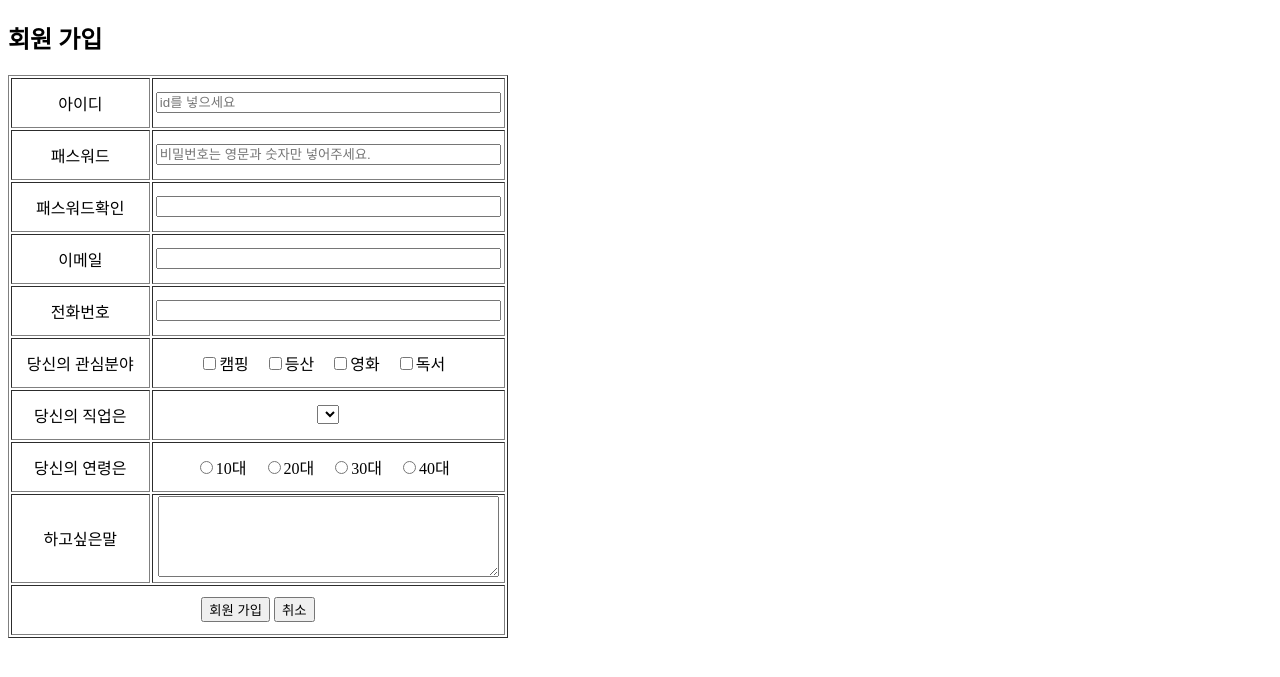
Repository: mungkeu/JSP_Web
Page: http://localhost/DataBase/MemberJoin.jsp
An editor plug-in stored every save of this project. The page is shown before and after the next save, followed by the edit.
The browser window is 1280 px wide. The pictures show the whole page.
The page is served by Tomcat 9. Other server files are loaded and not shown.

Above is the page before, as saved 2022-08-01 23:01:08.

### DataBase/src/main/webapp/MemberJoin.jsp
<%@ page language="java" contentType="text/html; charset=UTF-8"
    pageEncoding="UTF-8"%>
<!DOCTYPE html>
<html>
<head>
<meta charset="UTF-8">
<title>Insert title here</title>
</head>
<body>
	<h2> 회원 가입 </h2>
	<form action="" method="post">
	<table width="500" border="1">
	<tr height="50">
		<td width="150" align="center">아이디</td>
		<td width="350" align="center"><input type="text" name="id" size="40" placeholder="id를 넣으세요">
	</tr>
	<tr height="50">
		<td width="150" align="center">패스워드</td>
		<td width="350" align="center"><input type="password" name="pass1" size="40" placeholder="비밀번호는 영문과 숫자만 넣어주세요.">
	</tr>
	<tr height="50">
		<td width="150" align="center">패스워드확인</td>
		<td width="350" align="center"><input type="password" name="pass2" size="40">
	</tr>
	<tr height="50">
		<td width="150" align="center">이메일</td>
		<td width="350" align="center"><input type="email" name="email" size="40">
	</tr>
	<tr height="50">
		<td width="150" align="center">전화번호</td>
		<td width="350" align="center"><input type="tel" name="tel" size="40">
	</tr>
	<tr height="50">
		<td width="150" align="center">당신의 관심분야</td>
		<td width="350" align="center">
		<input type="checkbox" name="hobby" value="캠핑">캠핑 &nbsp;&nbsp;
		<input type="checkbox" name="hobby" value="등산">등산 &nbsp;&nbsp;
		<input type="checkbox" name="hobby" value="영화">영화 &nbsp;&nbsp;
		<input type="checkbox" name="hobby" value="독서">독서 &nbsp;&nbsp;
		</td>
	</tr>
	<tr height="50">
		<td width="150" align="center">당신의 직업은</td>
		<td width="350" align="center">
		<select name="job">
		<ㅐㅔ샤ㅐ value="교사">교사</oprion>
		<oprion value="교사">교사</oprion>
		<oprion value="교사">교사</oprion>
		<oprion value="교사">교사</oprion>
		</select></td>
	</tr>
	<tr height="50">
		<td width="150" align="center">당신의 연령은</td>
		<td width="350" align="center">
		<input type="radio" name="age" value="10">10대 &nbsp;&nbsp;
		<input type="radio" name="age" value="20">20대 &nbsp;&nbsp;
		<input type="radio" name="age" value="30">30대 &nbsp;&nbsp;
		<input type="radio" name="age" value="40">40대 &nbsp;&nbsp;
		</td>
	</tr>
	<tr height="50">
		<td width="150" align="center">하고싶은말</td>
		<td width="350" align="center">
		<textarea rows="5" cols="40" name="info"></textarea>
	</tr>
	<tr height="50">
		<td align="center" colspan="2">
		<input type="submit" value="회원 가입">
		<input type="reset" value="취소">
		</td>
	</tr>
	</table>
	</form>
</body>
</html>

After the next save:
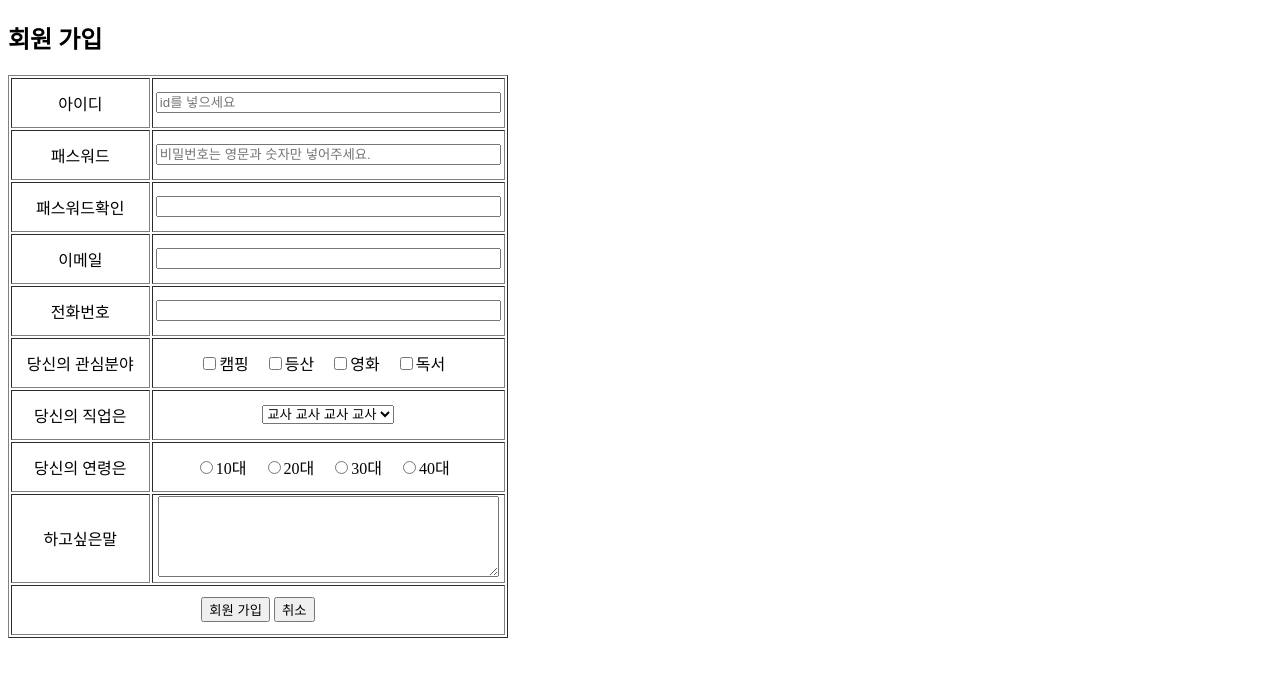
Saved 4 s later.
--- a/DataBase/src/main/webapp/MemberJoin.jsp
+++ b/DataBase/src/main/webapp/MemberJoin.jsp
@@ -43,7 +43,7 @@
 		<td width="150" align="center">당신의 직업은</td>
 		<td width="350" align="center">
 		<select name="job">
-		<ㅐㅔ샤ㅐ value="교사">교사</oprion>
+		<option value="교사">교사</oprion>
 		<oprion value="교사">교사</oprion>
 		<oprion value="교사">교사</oprion>
 		<oprion value="교사">교사</oprion>
